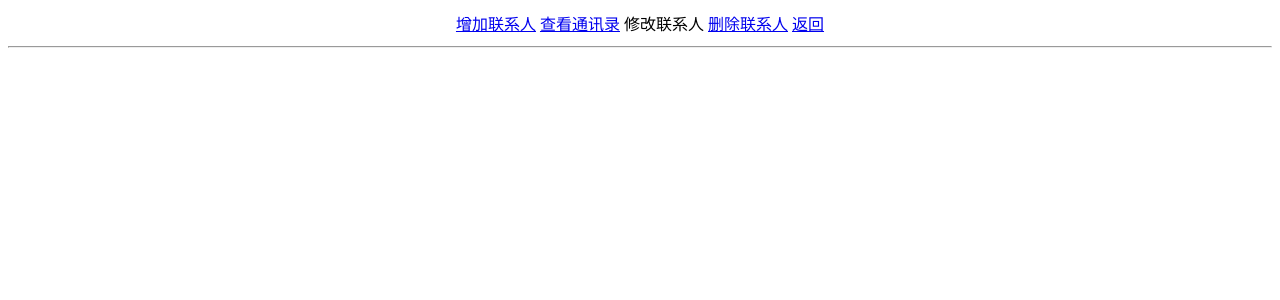
Repository: zy840055899/old-workspace
Page: http://localhost/PIMS/friendManager/updateFriend.jsp
The author's editor kept a copy of each file at every save. The page is drawn from the files as they stood at one save, then again after the next save.
The browser window is 1280 px wide. The pictures show the whole page.
The page is served by Tomcat 9. Other server files are loaded and not shown.

Above is the page before, as saved 2014-03-16 01:20:45.

### PIMS/WebContent/friendManager/updateFriend.jsp
<%@ page language="java" contentType="text/html; charset=UTF-8"
    pageEncoding="UTF-8"%>
<!DOCTYPE html PUBLIC "-//W3C//DTD HTML 4.01 Transitional//EN" "http://www.w3.org/TR/html4/loose.dtd">
<html>
<head>
<meta http-equiv="Content-Type" content="text/html; charset=UTF-8">
<title>个人信息管理系统--修改通讯录</title>
</head>
<body>

<center>

<table>

<tr>
<td><a href="http://localhost:8080/PIMS/friendManager/addFriend.jsp">增加联系人</a></td>
<td><a href="http://localhost:8080/PIMS/friendManager/lookFriend.jsp">查看通讯录</a></td>
<td>修改联系人</td>
<td><a href="http://localhost:8080/PIMS/friendManager/deleteFriend.jsp">删除联系人</a></td>
<td><a href="http://localhost:8080/PIMS/main/main.jsp">返回</a></td>
</tr>

</table><hr>















</center>


</body>
</html>

After the next save:
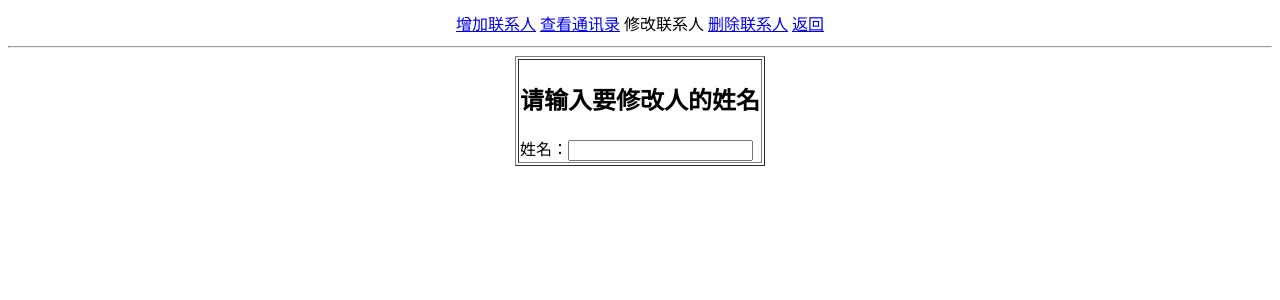
Saved 3 min 50 s later.
--- a/PIMS/WebContent/friendManager/updateFriend.jsp
+++ b/PIMS/WebContent/friendManager/updateFriend.jsp
@@ -22,7 +22,50 @@
 
 </table><hr>
 
+<form action="http://localhost:8080/PIMS/UpdateFriendServlet">
 
+<table border="1">
+
+<tr>
+<td>
+<h2>请输入要修改人的姓名</h2>
+姓名：<input type="text" name="friendName">
+
+</td>
+
+</tr>
+
+
+
+
+
+
+
+
+
+
+
+
+
+</table>
+
+
+
+
+
+
+
+
+
+
+
+
+
+
+
+
+
+</form>
 
 
 
